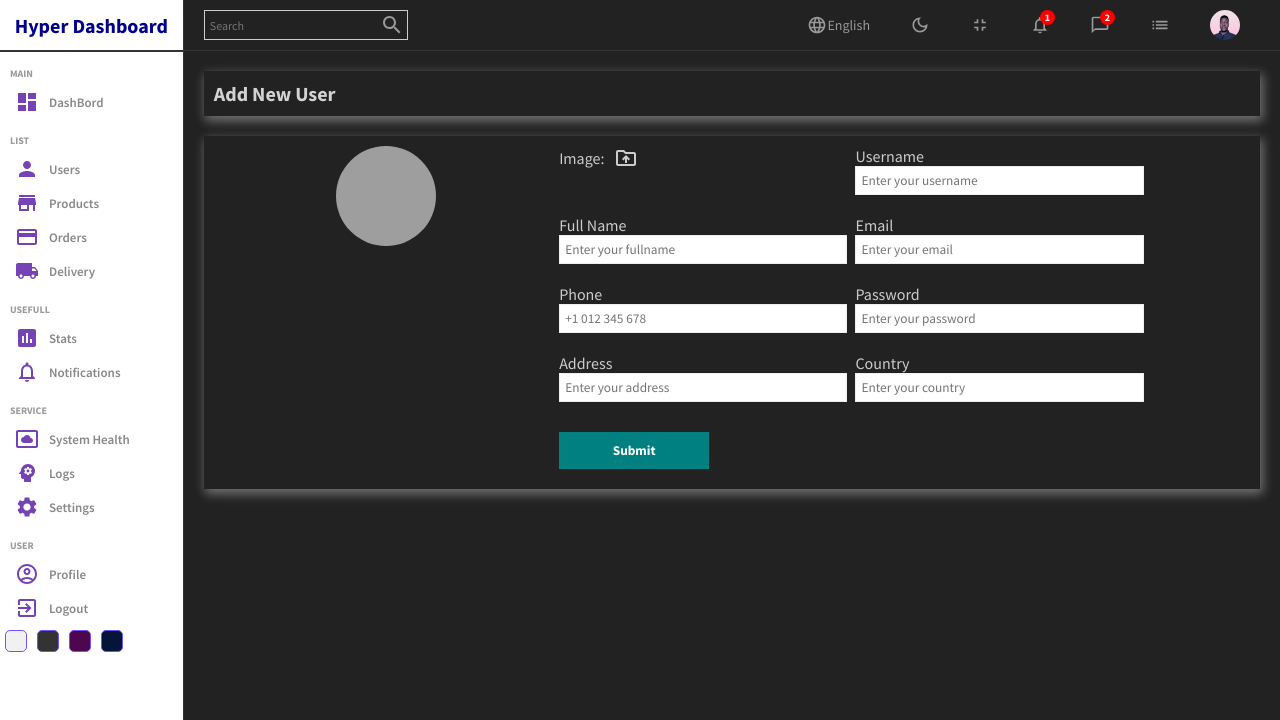
Repository: kenyi-mic/DashBoard
Page: /users/new
The author's editor kept a copy of each file at every save. The page is drawn from the files as they stood at one save, then again after the next save.
The browser window is 1280 px wide. The pictures show the whole page.
Pictures or frames that could not be fetched are drawn as grey boxes. The project was rebuilt for these pictures with package versions that can differ from the ones it lists, and the page was loaded fresh each time. Also part of the build but not shown: src/pages/home/home.scss, src/pages/home/Home.jsx, src/pages/list/list.scss, src/components/datatable/datatable.scss, src/datatableSource.js, src/components/datatable/Datatable.jsx, src/pages/list/List.jsx, src/pages/single/single.scss and 6 more.

Above is the page before, as saved 2022-05-25 08:05:42.

After the next save:
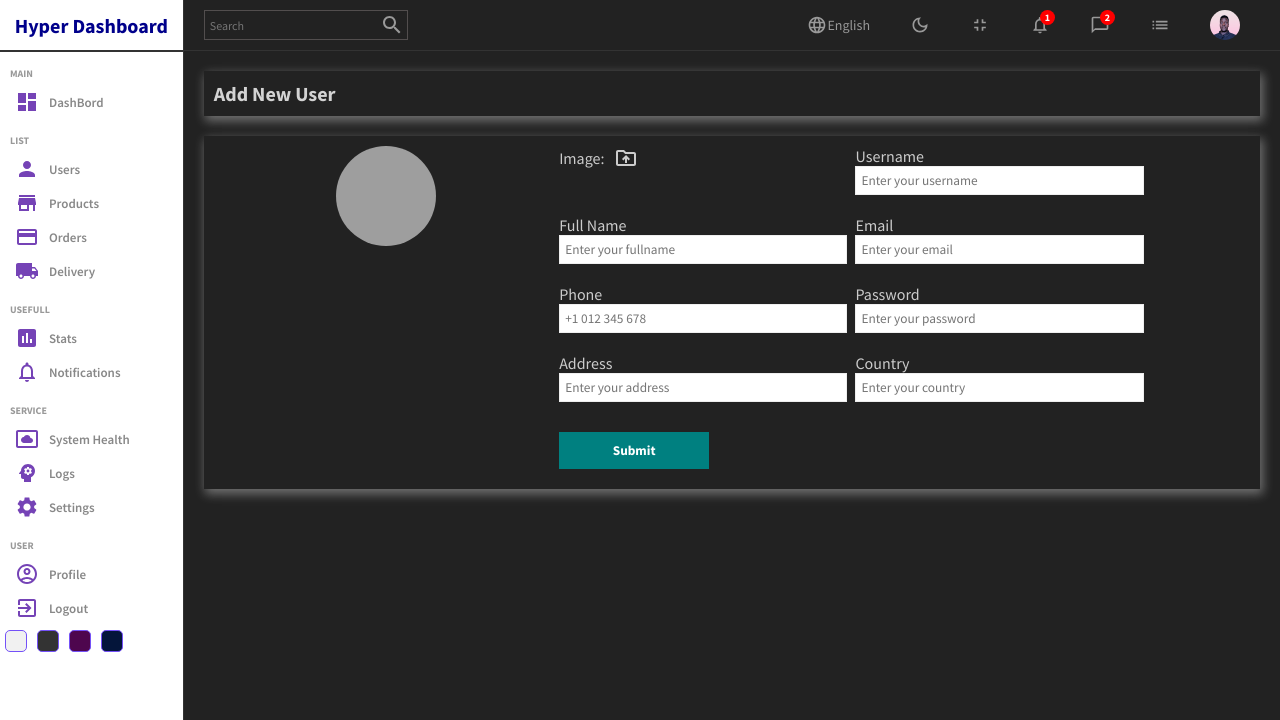
Saved 6 min 37 s later.
--- a/src/style/dark.scss
+++ b/src/style/dark.scss
@@ -19,7 +19,7 @@
         border-color: #333;
 
         .search {
-            border-color: #ccc;
+            border-color: rgb(82, 78, 78);
         }
     }
 
